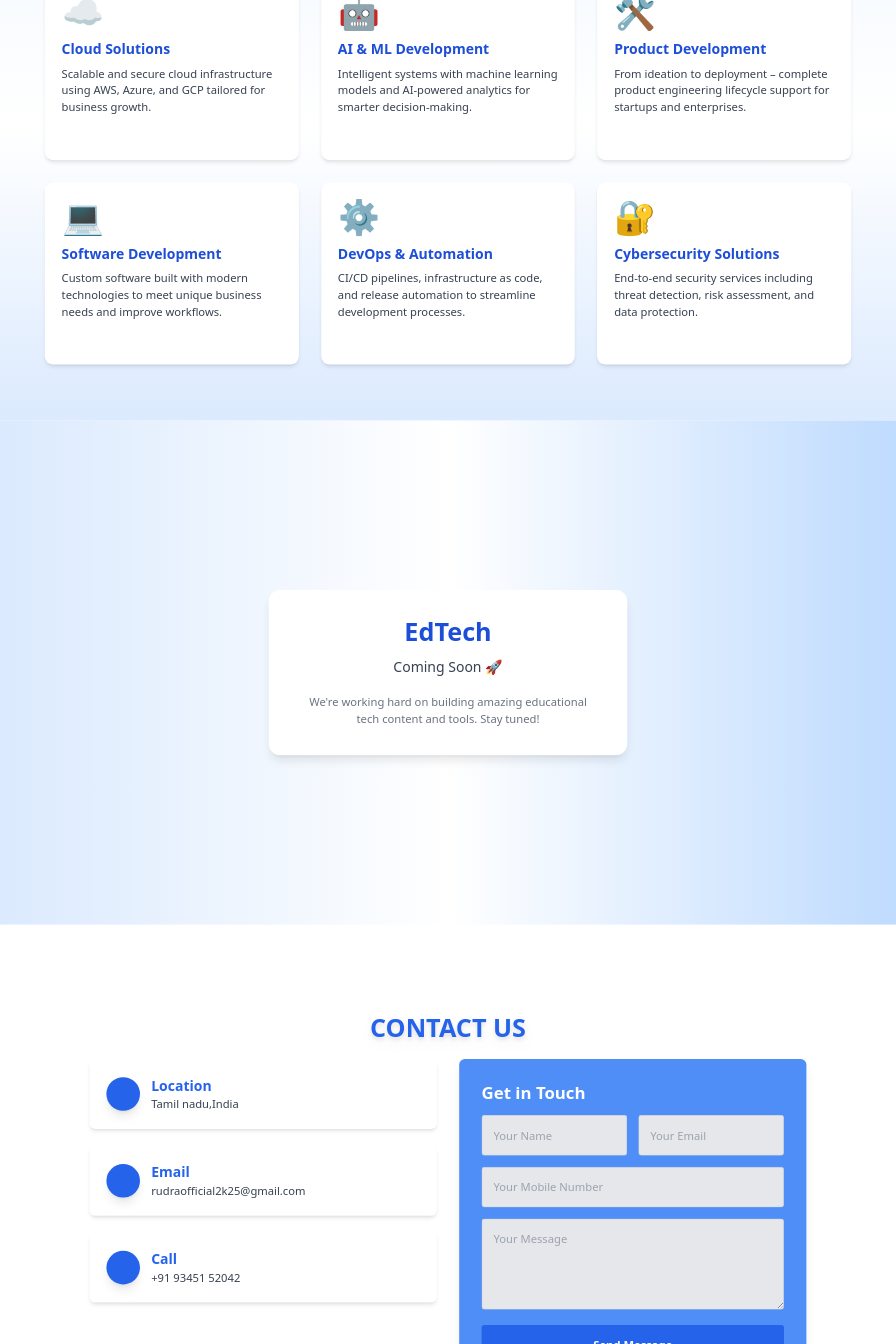
Repository: Rudra-Eswaran/Rudra_Official
Page: /
The author's editor kept a copy of each file at every save. The page is drawn from the files as they stood at one save, then again after the next save.
The browser window is 1280 px wide. The pictures show the part of the page from y = 2507 to 4427 px (the page is 4832 px tall), at 70% of full size.
Some web libraries are served in a nearby version. The project was rebuilt for these pictures with package versions that can differ from the ones it lists, and the page was loaded fresh each time. Also part of the build but not shown: vite.config.js, src/components/Success.jsx, src/components/Failure.jsx.

Above is the page before, as saved 2025-04-16 21:05:17.

### index.html
<!doctype html>
<html lang="en">
  <head>
    <meta charset="UTF-8" />
    <link rel="icon" type="image/svg+xml" href="/vite.svg" />
    <meta name="viewport" content="width=device-width, initial-scale=1.0" />
    <title>Rudra Loading</title>
    <!-- Tailwind CSS CDN -->
<script src="https://cdn.tailwindcss.com"></script>

  </head>
  <body>
    <div id="root"></div>
    <script type="module" src="/src/main.jsx"></script>
  </body>
</html>

### src/App.jsx
import Navbar from "./components/Navbar";
import Footer from "./pages/Footer";
import Contact from "./pages/Contactus";
import Rudrans from "./pages/Rudrans";
import Home from "./pages/Home";
import Products from "./pages/Products";
import Services from "./pages/Services";
import Edtech from "./pages/Edtech";

export default function App() {
  return (
    <>
      <Navbar />

      {/* Add a top margin to push content below the navbar */}
      <div className="mt-[80px]"> {/* Adjust this value based on your navbar height */}

        <Home/>
        <Rudrans />
        <Products/>
        <Services/>
        <Edtech/>
        <Contact />
      </div>

      {/* Footer will be at the bottom */}
      <Footer />
    </>
  );
}

### src/components/Navbar.jsx
import { useState, useEffect } from "react";
import { Link } from "react-router-dom";

const Navbar = () => {
  const [isDropdownOpen, setIsDropdownOpen] = useState(false);
  const [scrolled, setScrolled] = useState(false);

  useEffect(() => {
    const handleScroll = () => {
      setScrolled(window.scrollY > 10);
    };
    window.addEventListener("scroll", handleScroll);
    return () => window.removeEventListener("scroll", handleScroll);
  }, []);

  return (
    <nav
      className={`fixed top-4 left-[15px] right-[15px] z-50 p-4 rounded-xl backdrop-blur-md transition-all duration-300 ease-in-out
        ${scrolled ? "shadow-[0_0_20px_rgba(0,102,255,0.4)]" : "shadow-[0_0_12px_rgba(0,102,255,0.2)]"}`}
    >
      <div className="flex justify-between items-center px-4 md:px-8 bg-transparent">
        {/* Logo */}
        <div className="flex items-center space-x-2">
          <img
            src="path_to_your_logo.gif"
            alt="Logo"
            className="h-12 w-auto transition-transform transform hover:scale-110"
          />
        </div>

        {/* Desktop Menu */}
        <ul className="hidden md:flex space-x-8 text-[17px] font-medium text-blue-800">
          <li>
            <Link to="/" className="hover:text-blue-400 hover:scale-105 transition-all">
              Home
            </Link>
          </li>
          <li>
            <Link to="/portfolio" className="hover:text-blue-400 hover:scale-105 transition-all">
              Portfolio
            </Link>
          </li>
          <li>
            <Link to="/business" className="hover:text-blue-400 hover:scale-105 transition-all">
              Business
            </Link>
          </li>
          <li>
            <Link to="/blog" className="hover:text-blue-400 hover:scale-105 transition-all">
              Blog
            </Link>
          </li>
          <li>
            <Link to="/team" className="hover:text-blue-400 hover:scale-105 transition-all">
              Team
            </Link>
          </li>

          {/* Services Dropdown */}
          <li className="relative">
            <button
              onClick={() => setIsDropdownOpen(!isDropdownOpen)}
              className="flex items-center hover:text-blue-400 hover:scale-105 transition-all"
            >
              Services <span className="ml-1 text-sm">{isDropdownOpen ? "▲" : "▼"}</span>
            </button>
            {isDropdownOpen && (
              <ul className="absolute left-0 mt-2 bg-white border border-blue-200 shadow-xl rounded-md py-2 w-44 animate-fadeIn space-y-2 text-blue-800 z-50">
                <li>
                  <Link
                    to="/products"
                    className="block px-4 py-2 hover:bg-blue-50 hover:text-blue-500 transition-all"
                    onClick={() => setIsDropdownOpen(false)}
                  >
                    Products
                  </Link>
                </li>
                <li>
                  <Link
                    to="/services"
                    className="block px-4 py-2 hover:bg-blue-50 hover:text-blue-500 transition-all"
                    onClick={() => setIsDropdownOpen(false)}
                  >
                    Services
                  </Link>
                </li>
                <li>
                  <Link
                    to="/edtech"
                    className="block px-4 py-2 hover:bg-blue-50 hover:text-blue-500 transition-all"
                    onClick={() => setIsDropdownOpen(false)}
                  >
                    Edtech
                  </Link>
                </li>
              </ul>
            )}
          </li>

          <li>
            <Link to="/contact" className="hover:text-blue-400 hover:scale-105 transition-all">
              Contact
            </Link>
          </li>
        </ul>
      </div>
    </nav>
  );
};

export default Navbar;

### src/pages/Footer.jsx
import React from "react";
import { Link } from "react-router-dom";
import { FaFacebookF, FaTwitter, FaLinkedinIn, FaGithub } from "react-icons/fa"; // Social Media Icons

const Footer = () => {
  return (
    <footer className="bg-blue-600 text-white py-10">
      <div className="container mx-auto px-4">
        <div className="flex flex-col md:flex-row justify-between items-center">
          {/* Logo */}
          <div className="text-center md:text-left mb-6 md:mb-0">
            <img src="path_to_your_logo.gif" alt="Logo" className="h-12 w-auto" />
            <p className="text-xl font-semibold mt-2">Your Company Name</p>
          </div>

          {/* Links */}
          <div className="flex flex-col md:flex-row space-y-4 md:space-y-0 md:space-x-8 text-center md:text-left">
            <div>
              <h4 className="font-bold mb-2">Quick Links</h4>
              <ul>
                <li>
                  <Link to="/" className="hover:text-blue-200">Home</Link>
                </li>
                <li>
                  <Link to="/portfolio" className="hover:text-blue-200">Portfolio</Link>
                </li>
                <li>
                  <Link to="/business" className="hover:text-blue-200">Business</Link>
                </li>
                <li>
                  <Link to="/blog" className="hover:text-blue-200">Blog</Link>
                </li>
                <li>
                  <Link to="/contact" className="hover:text-blue-200">Contact</Link>
                </li>
              </ul>
            </div>

            {/* Contact */}
            <div>
              <h4 className="font-bold mb-2">Contact Us</h4>
              <ul>
                <li>
                  <p className="text-sm">Email: <span className="text-blue-200">info@rudra.com</span></p>
                </li>
                <li>
                  <p className="text-sm">Phone: <span className="text-blue-200">+91 9345152042</span></p>
                </li>
                <li>
                  <p className="text-sm">Address: <span className="text-blue-200">Tamil Nadu, India</span></p>
                </li>
              </ul>
            </div>
          </div>

          {/* Social Media Icons */}
          <div className="mt-6 md:mt-0 flex space-x-4 justify-center">
            <a href="https://facebook.com" target="_blank" rel="noopener noreferrer" className="text-white hover:text-blue-200">
              <FaFacebookF size={20} />
            </a>
            <a href="https://twitter.com" target="_blank" rel="noopener noreferrer" className="text-white hover:text-blue-200">
              <FaTwitter size={20} />
            </a>
            <a href="https://linkedin.com" target="_blank" rel="noopener noreferrer" className="text-white hover:text-blue-200">
              <FaLinkedinIn size={20} />
            </a>
            <a href="https://github.com" target="_blank" rel="noopener noreferrer" className="text-white hover:text-blue-200">
              <FaGithub size={20} />
            </a>
          </div>
        </div>

        {/* Bottom Section */}
        <div className="text-center mt-8">
          <p className="text-sm">&copy; {new Date().getFullYear()} Your Company. All rights reserved.</p>
        </div>
      </div>
    </footer>
  );
};

export default Footer;

### src/pages/Rudrans.jsx
import React, { useState } from 'react';
import teamData from '../teamData.json'; // adjust the path if needed

const Rudrans = () => {
  const [currentIndex, setCurrentIndex] = useState(0);

  const nextSlide = () => {
    setCurrentIndex((prevIndex) => (prevIndex + 1) % teamData.length);
  };

  const prevSlide = () => {
    setCurrentIndex((prevIndex) =>
      prevIndex === 0 ? teamData.length - 1 : prevIndex - 1
    );
  };

  return (
    <div className="relative w-full h-screen bg-gray-200 overflow-hidden">
      <div className="flex justify-center items-center w-full h-full">
        <div className="flex flex-col items-center justify-center bg-white rounded-lg shadow-lg p-8 w-full h-full">
          <img
            src={teamData[currentIndex].photo}
            alt={teamData[currentIndex].name}
            className="w-40 h-40 rounded-full mb-4 object-cover"
          />
          <h2 className="text-3xl font-bold">{teamData[currentIndex].name}</h2>
          <p className="text-xl text-gray-600">{teamData[currentIndex].role}</p>
          <p className="mt-4 text-center text-gray-800">{teamData[currentIndex].bio}</p>
          <div className="mt-4 flex space-x-4">
            <a
              href={teamData[currentIndex].linkedin}
              target="_blank"
              rel="noopener noreferrer"
              className="text-blue-600 hover:underline"
            >
              LinkedIn
            </a>
            <a
              href={teamData[currentIndex].github}
              target="_blank"
              rel="noopener noreferrer"
              className="text-blue-600 hover:underline"
            >
              GitHub
            </a>
          </div>
        </div>
      </div>

      <button
        onClick={prevSlide}
        className="absolute left-0 top-1/2 transform -translate-y-1/2 bg-gray-600 text-white p-4 rounded-full hover:bg-gray-700"
      >
        &#8592;
      </button>

      <button
        onClick={nextSlide}
        className="absolute right-0 top-1/2 transform -translate-y-1/2 bg-gray-600 text-white p-4 rounded-full hover:bg-gray-700"
      >
        &#8594;
      </button>
    </div>
  );
};

export default Rudrans;

### src/pages/Home.jsx
import React from 'react';

const Home = () => {
  return (
    <div className="flex flex-col items-center justify-center min-h-screen bg-gradient-to-br from-blue-100 to-purple-200 text-center">
      {/* Logo / Title */}
      <h1 className="text-5xl md:text-7xl font-extrabold text-gray-800 tracking-widest mb-6">
        RUDRA
      </h1>

      {/* Loading Spinner */}
      <div className="w-16 h-16 border-4 border-blue-500 border-t-transparent rounded-full animate-spin"></div>

      {/* Optional message */}
      <p className="mt-4 text-lg text-gray-600">Coming Soon</p>
    </div>
  );
};

export default Home;

### src/pages/Products.jsx
import React, { useEffect } from 'react';
import AOS from 'aos';
import 'aos/dist/aos.css';
import products from '../productData.json';

const Products = () => {
  useEffect(() => {
    AOS.init({ duration: 1000 });
  }, []);

  return (
    <div className="min-h-screen bg-gradient-to-br from-gray-100 to-blue-50 py-12 px-4 md:px-16">
      <h1 className="text-4xl font-extrabold text-center text-blue-900 mb-12">
        Our Software Products
      </h1>

      <div className="space-y-12">
        {products.map((product, index) => (
          <div
            key={index}
            data-aos="fade-up"
            className="flex flex-col md:flex-row items-center bg-white border border-gray-200 rounded-2xl shadow-lg overflow-hidden hover:shadow-2xl transition-all duration-500"
          >
            {/* Product Image */}
            <img
              src={product.image}
              alt={product.name}
              className="w-full md:w-1/3 h-64 object-cover"
            />

            {/* Product Details */}
            <div className="p-6 md:p-10 w-full md:w-2/3 text-center md:text-left">
              <h2 className="text-2xl font-bold text-gray-800">{product.name}</h2>
              <p className="text-gray-600 mt-3">{product.description}</p>

              {/* Live Demo Button */}
              <div className="mt-6 flex justify-center md:justify-start">
                <a
                  href={product.demo || '#'}
                  target="_blank"
                  rel="noopener noreferrer"
                  className="bg-blue-600 text-white px-6 py-2 rounded-full hover:bg-blue-700 transition-all duration-300"
                >
                  Live Demo
                </a>
              </div>
            </div>
          </div>
        ))}
      </div>
    </div>
  );
};

export default Products;

### src/pages/Services.jsx
import React, { useEffect } from "react";
import AOS from "aos";
import "aos/dist/aos.css";
import servicesData from "../servicesData";

const Services = () => {
  useEffect(() => {
    AOS.init({
      duration: 800,
      offset: 100,
      once: true,
      easing: "ease-in-out",
    });
  }, []);

  return (
    <section
      id="services"
      className="bg-gradient-to-b from-blue-50 via-white to-blue-100 py-20 px-4 min-h-screen"
    >
      <div className="max-w-6xl mx-auto text-center mb-12">
        <h2
          className="text-4xl font-bold text-blue-700 mb-4"
          data-aos="fade-down"
        >
          Our Services
        </h2>
        <p className="text-gray-600 max-w-2xl mx-auto" data-aos="fade-up">
          Explore the wide range of IT services we provide to empower your digital journey.
        </p>
      </div>

      <div className="grid grid-cols-1 sm:grid-cols-2 lg:grid-cols-3 gap-8 max-w-6xl mx-auto">
        {servicesData.map((service, index) => (
          <div
            key={service.id}
            data-aos="zoom-in"
            data-aos-delay={index * 100}
            className="bg-white rounded-xl shadow-md hover:shadow-lg transition-transform transform hover:-translate-y-1 p-6 min-h-[260px]"
          >
            <div className="text-5xl mb-4">{service.icon}</div>
            <h3 className="text-xl font-semibold text-blue-700 mb-2">
              {service.title}
            </h3>
            <p className="text-gray-700">{service.description}</p>
          </div>
        ))}
      </div>
    </section>
  );
};

export default Services;

### src/pages/Edtech.jsx
import React, { useEffect } from "react";
import AOS from "aos";
import "aos/dist/aos.css";

const Edtech = () => {
  useEffect(() => {
    AOS.init({
      duration: 800,
      once: true,
      offset: 100,
    });
  }, []);

  return (
    <section
      id="edtech"
      className="min-h-screen flex items-center justify-center bg-gradient-to-r from-blue-100 via-white to-blue-200 px-4"
    >
      <div
        data-aos="fade-up"
        className="text-center bg-white p-10 rounded-2xl shadow-lg max-w-lg"
      >
        <h1 className="text-4xl font-bold text-blue-700 mb-4">EdTech</h1>
        <p className="text-xl text-gray-700 mb-6">Coming Soon 🚀</p>
        <p className="text-gray-500">
          We're working hard on building amazing educational tech content and tools. Stay tuned!
        </p>
      </div>
    </section>
  );
};

export default Edtech;

### src/Constants.jsx
// constants.js
export const CONTACT_INFO = {
    location: {
      title: "Location",
      text: "Tamil nadu,India",
      icon: "FiMapPin",
    },
    email: {
      title: "Email",
      text: "rudraofficial2k25@gmail.com",
      icon: "FiMail",
    },
    phone: {
      title: "Call",
      text: "+91 93451 52042",
      icon: "FiPhone",
    },
  };

  export const MODAL_MESSAGES = {
    success: {
      title: "Success!",
      message: "Your message has been sent. We'll get back to you soon.",
    },
    error: {
      title: "Error",
      message: "Something went wrong. Please try again later.",
    },
  };

  export const FORM_FIELDS = {
    name: "Your Name",
    email: "Your Email",
    phone: "Your Mobile Number",
    message: "Your Message",
  };

  export const BUTTON_LABELS = {
    send: "Send Message",
    sending: "Sending...",
  };

Loaded but not shown: src/main.jsx (common file); src/servicesData.json (38 lines, source omitted); src/teamData.json (26 lines, source omitted); src/productData.json (20 lines, source omitted); src/pages/Contactus.jsx (206 lines, source omitted)

After the next save:
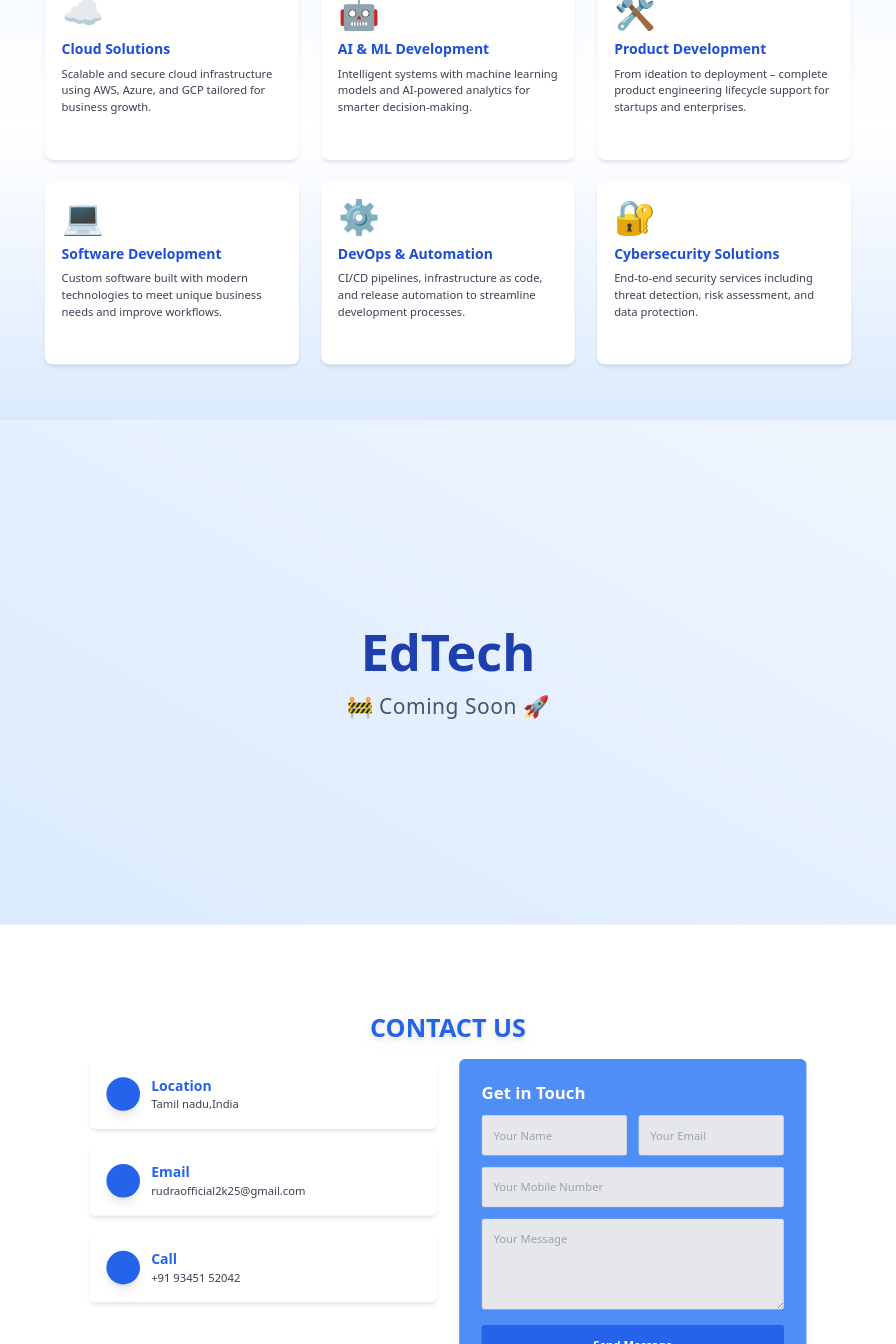
Saved 40 s later.
--- a/src/pages/Edtech.jsx
+++ b/src/pages/Edtech.jsx
@@ -4,26 +4,20 @@
 
 const Edtech = () => {
   useEffect(() => {
-    AOS.init({
-      duration: 800,
-      once: true,
-      offset: 100,
-    });
+    AOS.init({ duration: 1000, once: true });
   }, []);
 
   return (
     <section
-      id="edtech"
-      className="min-h-screen flex items-center justify-center bg-gradient-to-r from-blue-100 via-white to-blue-200 px-4"
+      className="w-screen h-screen flex items-center justify-center bg-gradient-to-tr from-blue-100 to-blue-50"
+      data-aos="zoom-in"
     >
-      <div
-        data-aos="fade-up"
-        className="text-center bg-white p-10 rounded-2xl shadow-lg max-w-lg"
-      >
-        <h1 className="text-4xl font-bold text-blue-700 mb-4">EdTech</h1>
-        <p className="text-xl text-gray-700 mb-6">Coming Soon 🚀</p>
-        <p className="text-gray-500">
-          We're working hard on building amazing educational tech content and tools. Stay tuned!
+      <div className="text-center">
+        <h1 className="text-6xl md:text-7xl font-extrabold text-blue-800 mb-6">
+          EdTech
+        </h1>
+        <p className="text-2xl md:text-3xl text-gray-600 tracking-wide">
+          🚧 Coming Soon 🚀
         </p>
       </div>
     </section>
